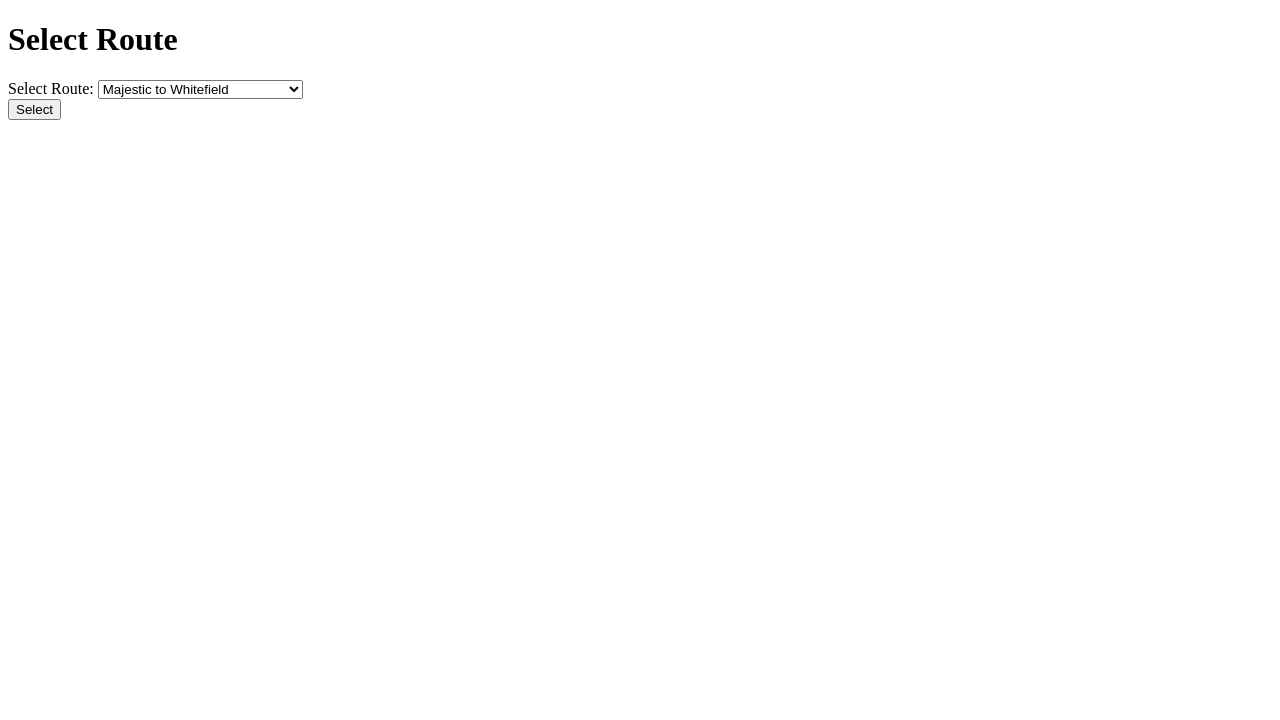
Repository: harutoNaiz/urban-mobility-system
Page: http://localhost/select_route
An editor plug-in stored every save of this project. The page is shown before and after the next save, followed by the edit.
The browser window is 1280 px wide. The pictures show the whole page.
The page is served by the project's application, run on Flask 3 (app.py). The database holds what the project's SQL file puts in it.

Above is the page before, as saved 2024-11-12 21:39:13.

After the next save:
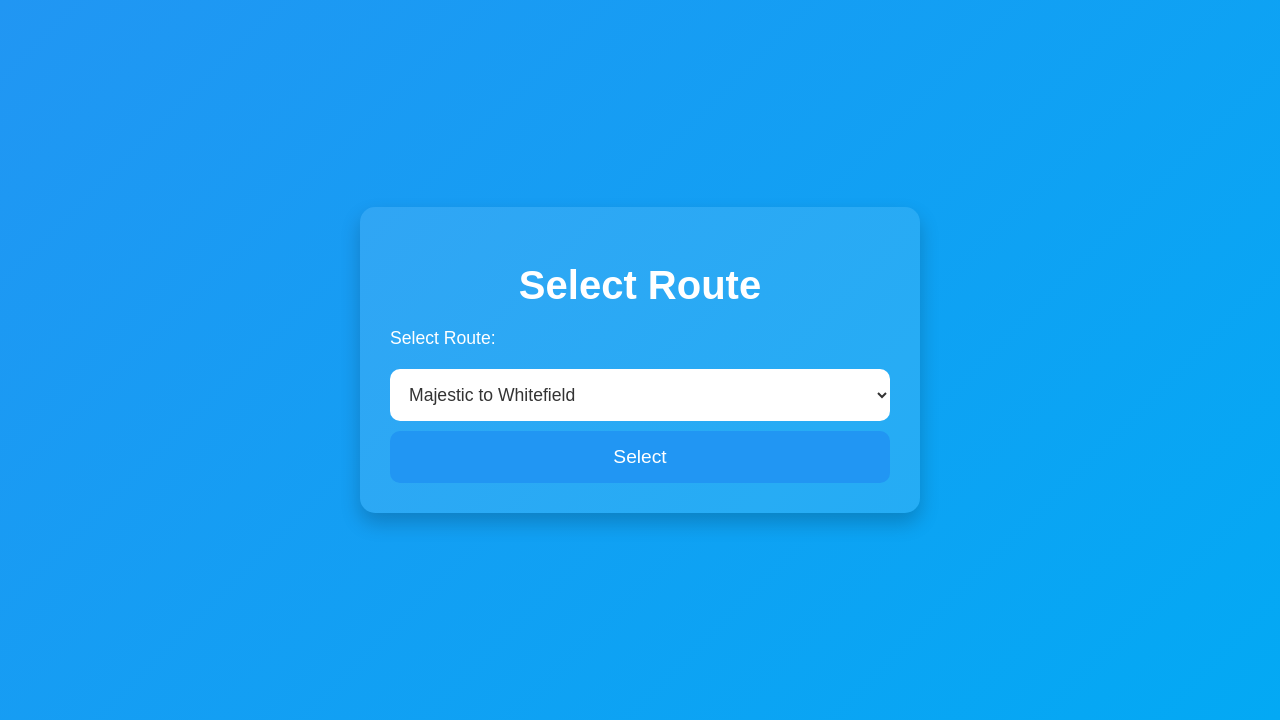
Saved 37 s later.
--- a/templates/select_route.html
+++ b/templates/select_route.html
@@ -4,20 +4,102 @@
     <meta charset="UTF-8">
     <meta name="viewport" content="width=device-width, initial-scale=1.0">
     <title>Select Route</title>
+    <style>
+        body {
+            font-family: 'Arial', sans-serif;
+            background: linear-gradient(135deg, #2196F3, #03A9F4);
+            margin: 0;
+            padding: 0;
+            height: 100vh;
+            display: flex;
+            justify-content: center;
+            align-items: center;
+            color: #fff;
+        }
+
+        .container {
+            background: rgba(255, 255, 255, 0.1);
+            padding: 30px;
+            border-radius: 15px;
+            box-shadow: 0 10px 20px rgba(0, 0, 0, 0.2);
+            width: 100%;
+            max-width: 500px;
+            text-align: center;
+        }
+
+        h1 {
+            font-size: 2.5rem;
+            margin-bottom: 20px;
+            color: #fff;
+        }
+
+        label {
+            font-size: 1.1rem;
+            display: block;
+            margin-bottom: 10px;
+            text-align: left;
+            color: #fff;
+        }
+
+        select {
+            width: 100%;
+            padding: 15px;
+            margin: 10px 0;
+            font-size: 1.1rem;
+            border: none;
+            border-radius: 10px;
+            background-color: #fff;
+            color: #333;
+            box-sizing: border-box;
+        }
+
+        button {
+            width: 100%;
+            padding: 15px;
+            background-color: #2196F3;
+            color: #fff;
+            font-size: 1.2rem;
+            border: none;
+            border-radius: 10px;
+            cursor: pointer;
+            transition: background-color 0.3s ease;
+        }
+
+        button:hover {
+            background-color: #1976D2;
+        }
+
+        p {
+            margin-top: 20px;
+            color: #fff;
+        }
+
+        a {
+            color: #03A9F4;
+            text-decoration: none;
+            font-weight: bold;
+        }
+
+        a:hover {
+            color: #fff;
+        }
+    </style>
 </head>
 <body>
-    <h1>Select Route</h1>
-    <form method="POST">
-        <label for="route_id">Select Route:</label>
-        <select id="route_id" name="route_id">
-            {% for route in routes %}
-                <option value="{{ route.RouteID }}">{{ route.StartPoint }} to {{ route.EndPoint }}</option>
-            {% endfor %}
-        </select><br>
+    <div class="container">
+        <h1>Select Route</h1>
+        <form method="POST">
+            <label for="route_id">Select Route:</label>
+            <select id="route_id" name="route_id">
+                {% for route in routes %}
+                    <option value="{{ route.RouteID }}">{{ route.StartPoint }} to {{ route.EndPoint }}</option>
+                {% endfor %}
+            </select><br>
 
-        <input type="hidden" name="user_id" value="{{ user_id }}">
+            <input type="hidden" name="user_id" value="{{ user_id }}">
 
-        <button type="submit">Select</button>
-    </form>
+            <button type="submit">Select</button>
+        </form>
+    </div>
 </body>
 </html>
